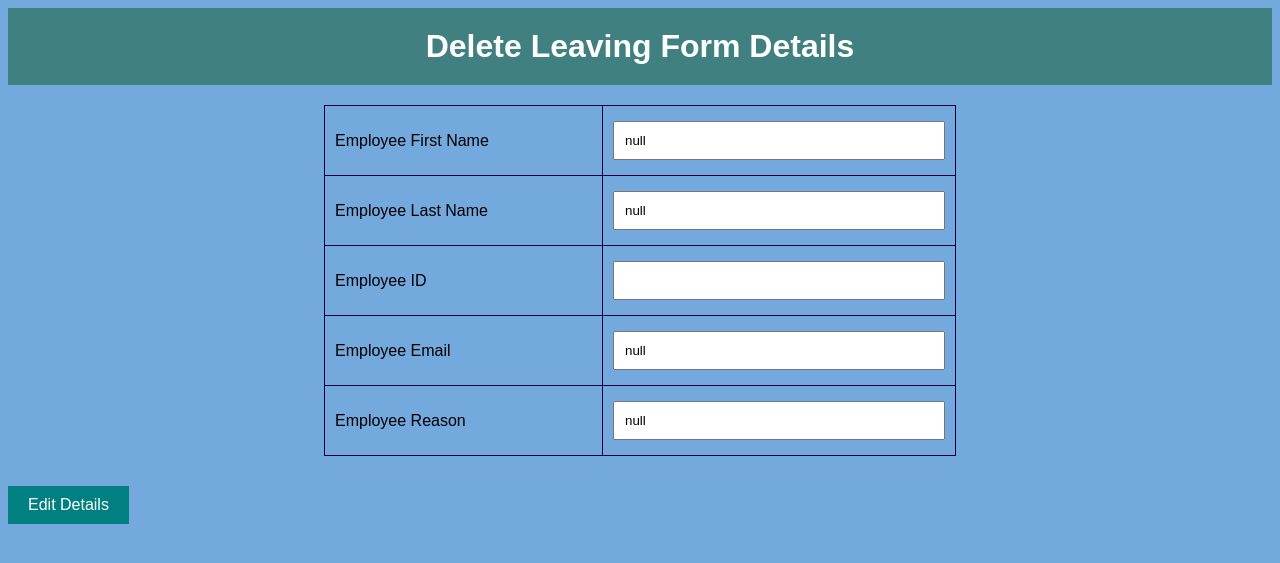
Repository: nishadi-s/Online-Staff-Management-System
Page: http://localhost/LeavingEmp/UpdateDetails.jsp
These files come from the project's save history. The page is drawn as it stood at one moment and after the next save; the edit follows.
The browser window is 1280 px wide. The pictures show the whole page.
The page is served by Tomcat 9.

Above is the page before, as saved 2023-10-25 13:13:01.

After the next save:
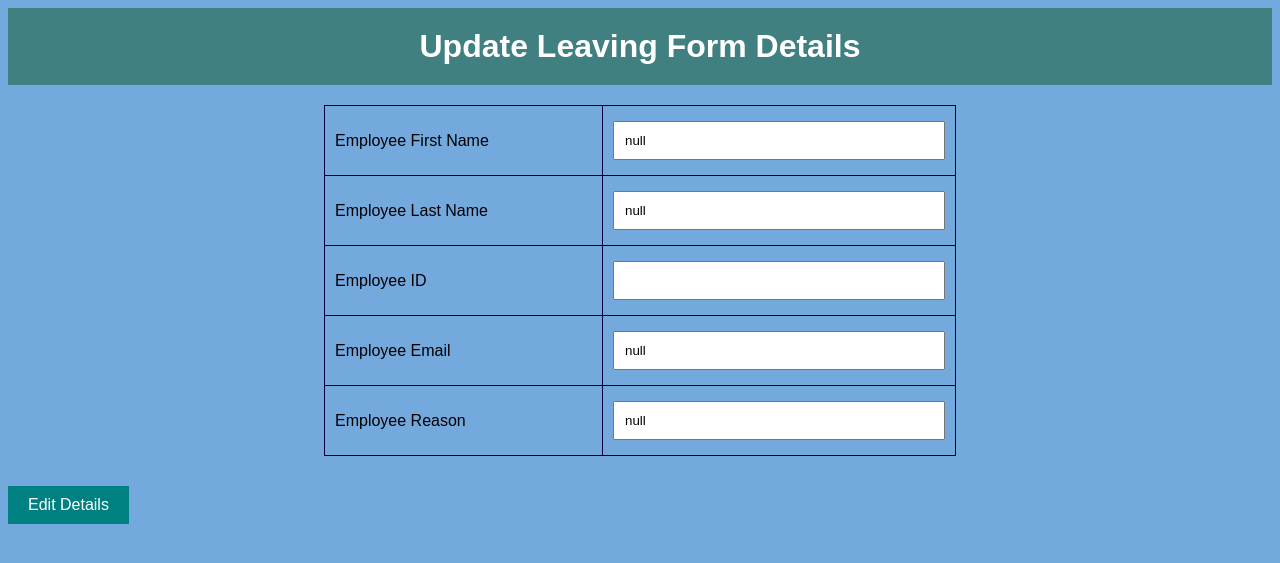
Saved 16 s later.
--- a/LeavingEmp/src/main/webapp/UpdateDetails.jsp
+++ b/LeavingEmp/src/main/webapp/UpdateDetails.jsp
@@ -19,7 +19,7 @@ String e_reason=request.getParameter("ereason");
 %>
 
 <div class="header">
-<h1>  Delete Leaving Form Details</h1>
+<h1>  Update Leaving Form Details</h1>
 </div>
 
 <form action="update" method= "post">
